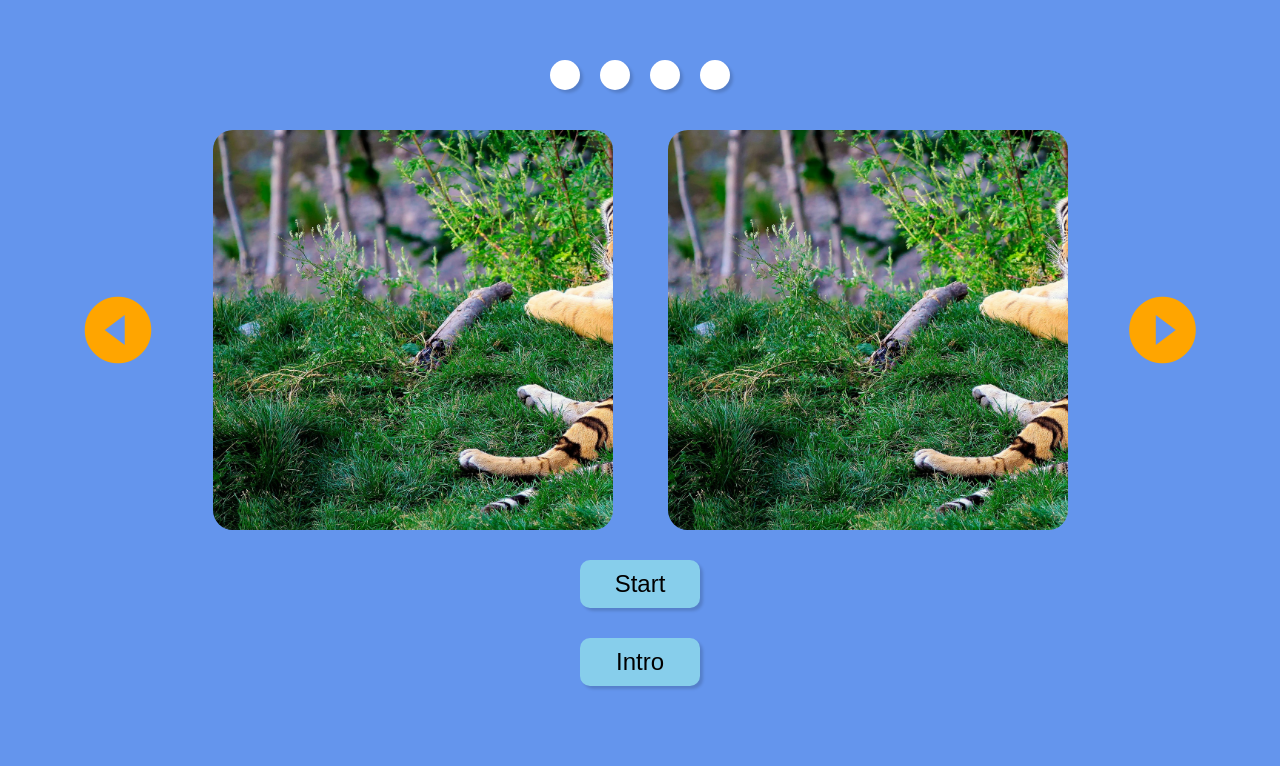
Repository: sylviaah/dynamicmidterm
Page: slider/slider.html
These files come from the project's save history. The page is drawn as it stood at one moment and after the next save; the edit follows.
The browser window is 1280 px wide. The pictures show the whole page.

Above is the page before, as saved 2020-03-13 13:06:50.

After the next save:
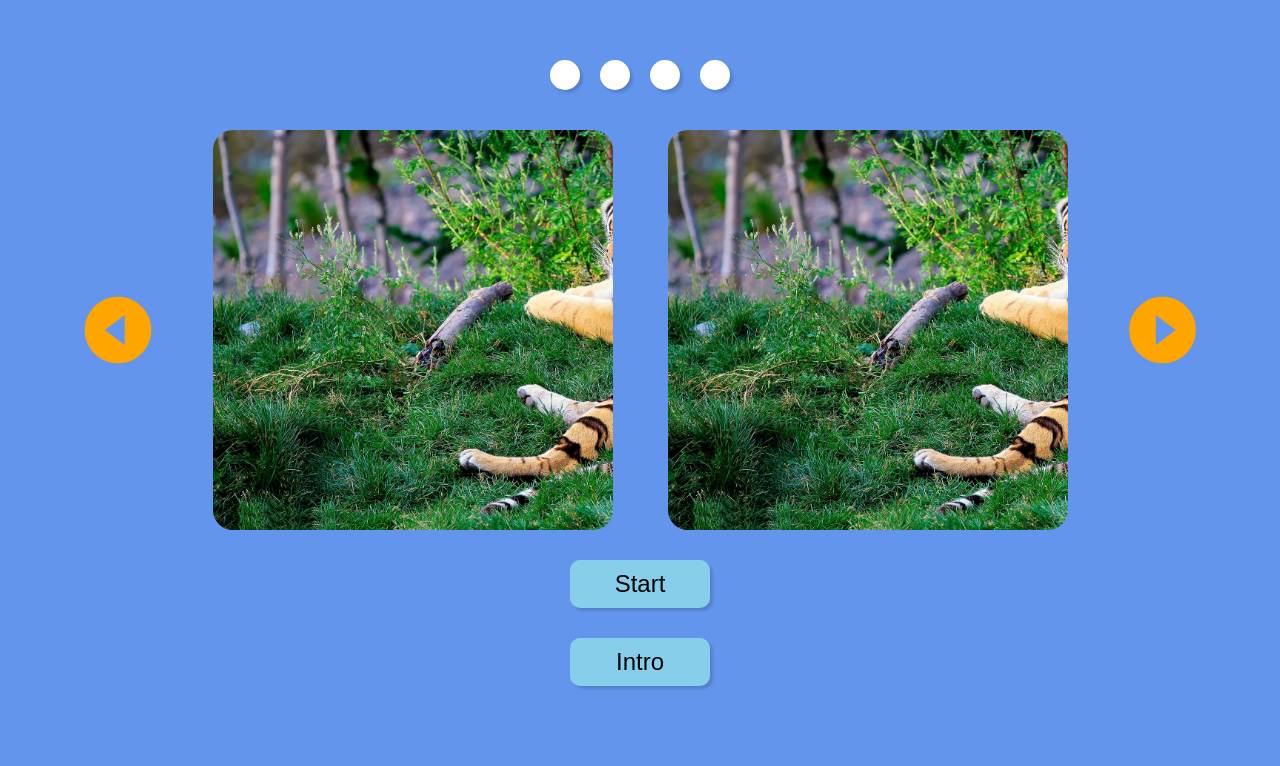
Saved 15 s later.
--- a/slider/slider.css
+++ b/slider/slider.css
@@ -62,7 +62,7 @@ body,html {
     margin: 30px;
     justify-content: center;
     border-radius: 10px;
-    padding: 10px 10px;
+    padding: 10px 20px;
     background-color:skyblue;
     font-size: 18pt;
     font-family: Arial, Helvetica, sans-serif;
